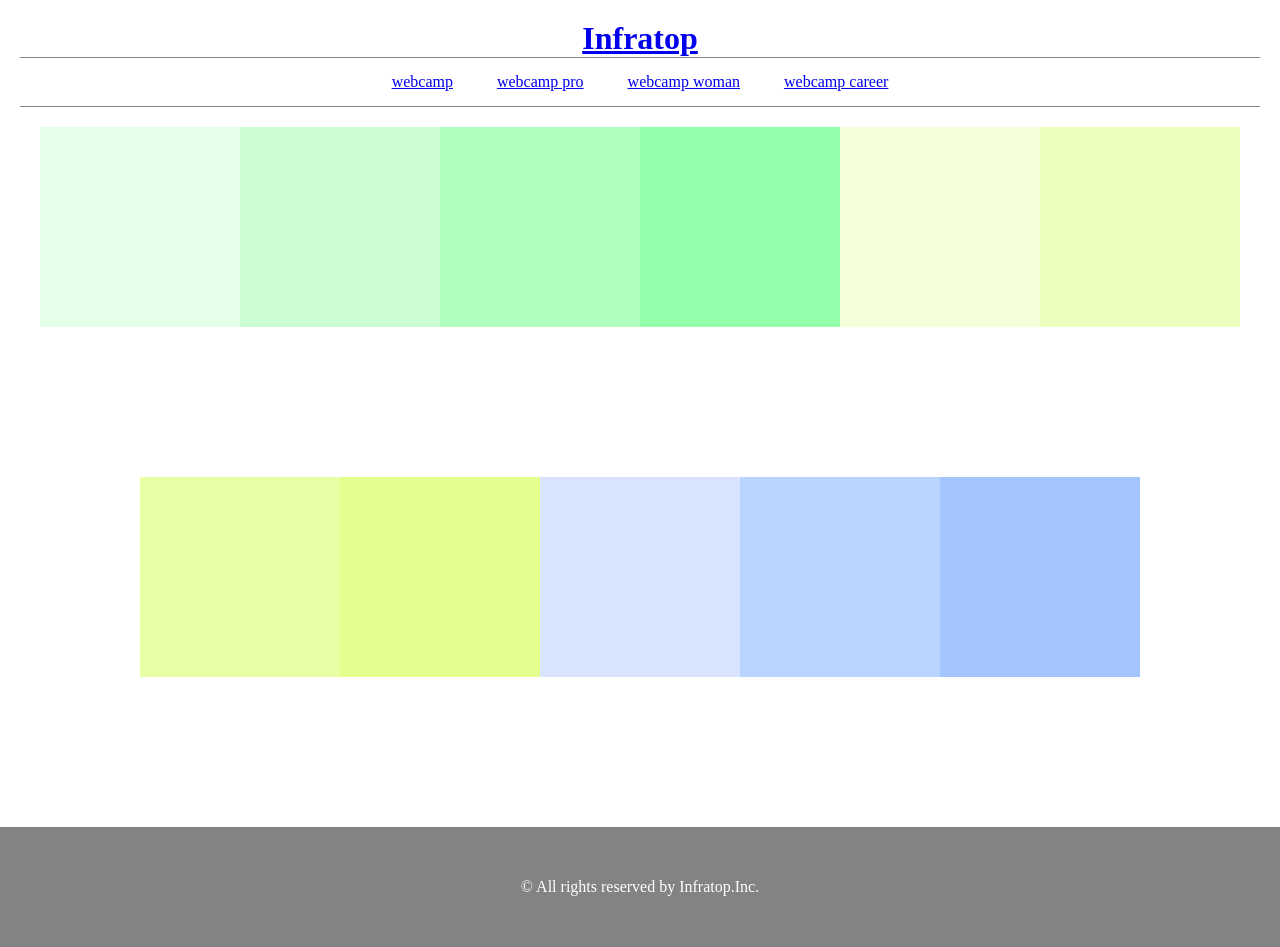
Repository: tkikokiko/webcamp-practice
Page: 1-5/index1-5.html
The author's editor kept a record of every edit. The page is drawn from the files as they stood at one moment, then again after the next edit.
The browser window is 1280 px wide. The pictures show the whole page.

Above is the page before.

After the next edit:
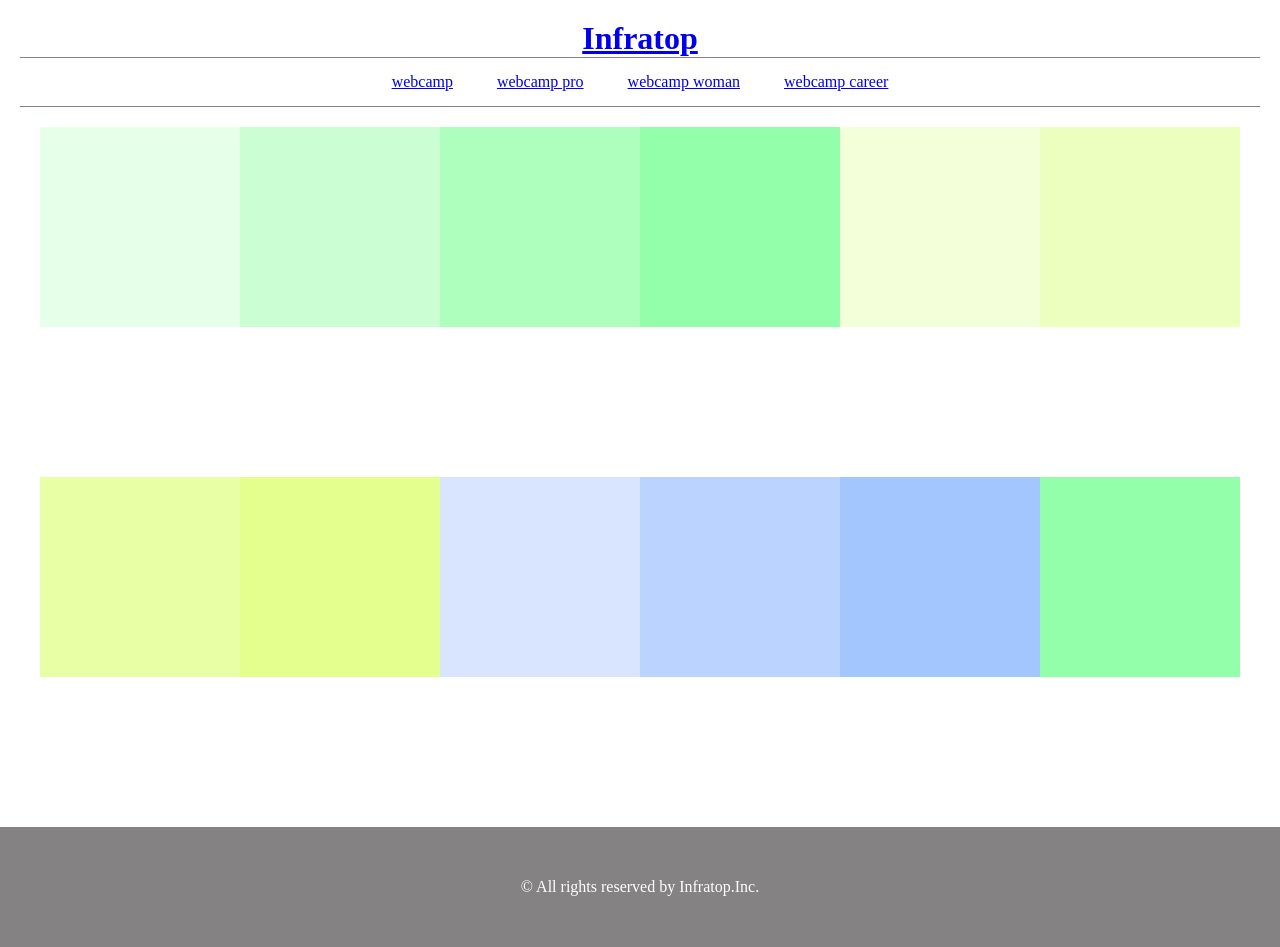
The edit:
--- a/1-5/style1-5.css
+++ b/1-5/style1-5.css
@@ -98,7 +98,7 @@
   height: 200px;
   background-color: #a4c6ff;
 }
-.box1-right {
+.box3-right {
   width: 200px;
   height: 200px;
   background-color: #93ffab;
